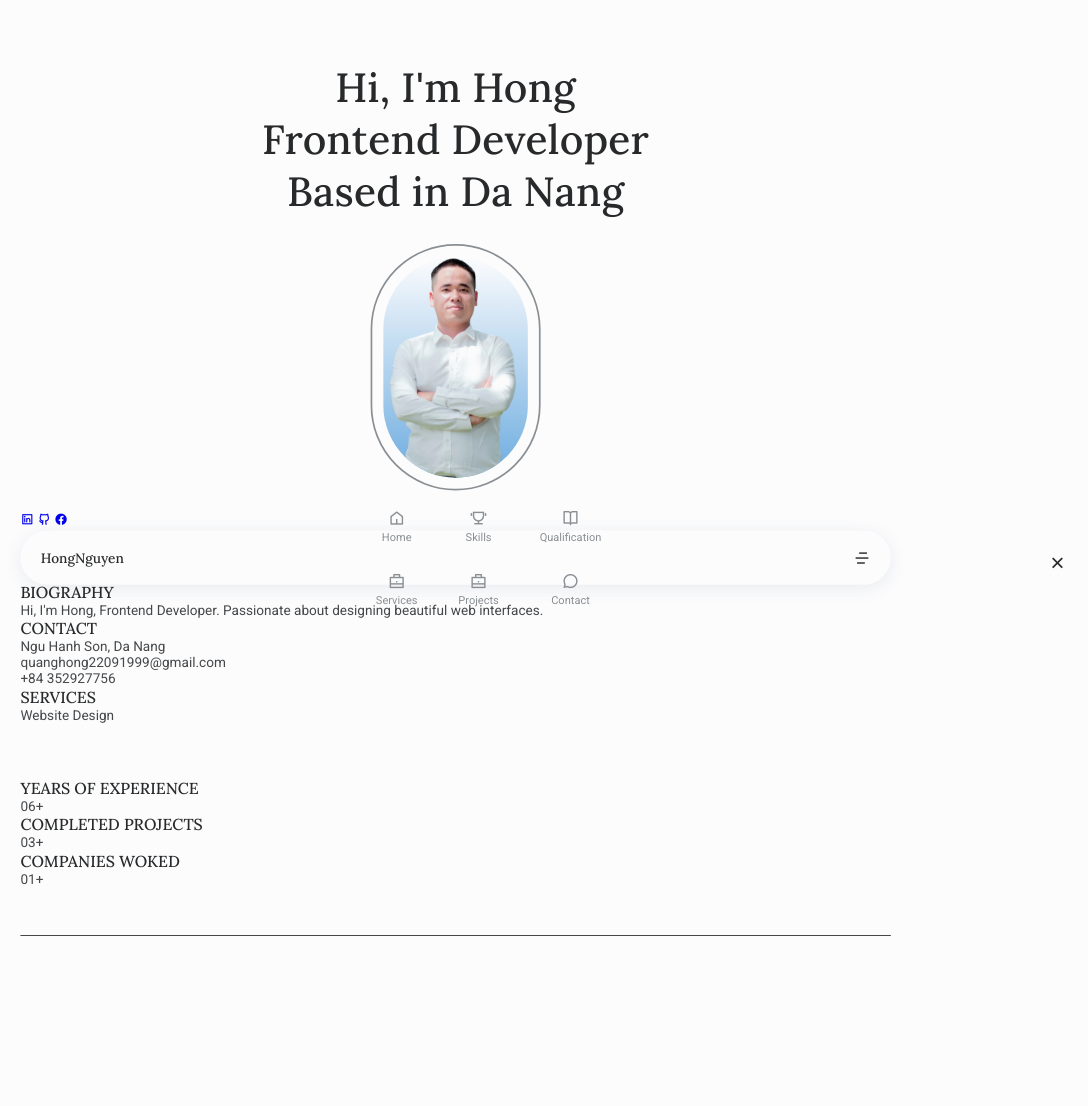
Repository: hnguyeng/myportfoliohongnguyen
Page: index.html
An editor plug-in stored every save of this project. The page is shown before and after the next save, followed by the edit.
The browser window is 1280 px wide. The pictures show the whole page, at 85% of full size.
Some web libraries are served in a nearby version.

Above is the page before, as saved 2023-07-17 13:58:22.

After the next save:
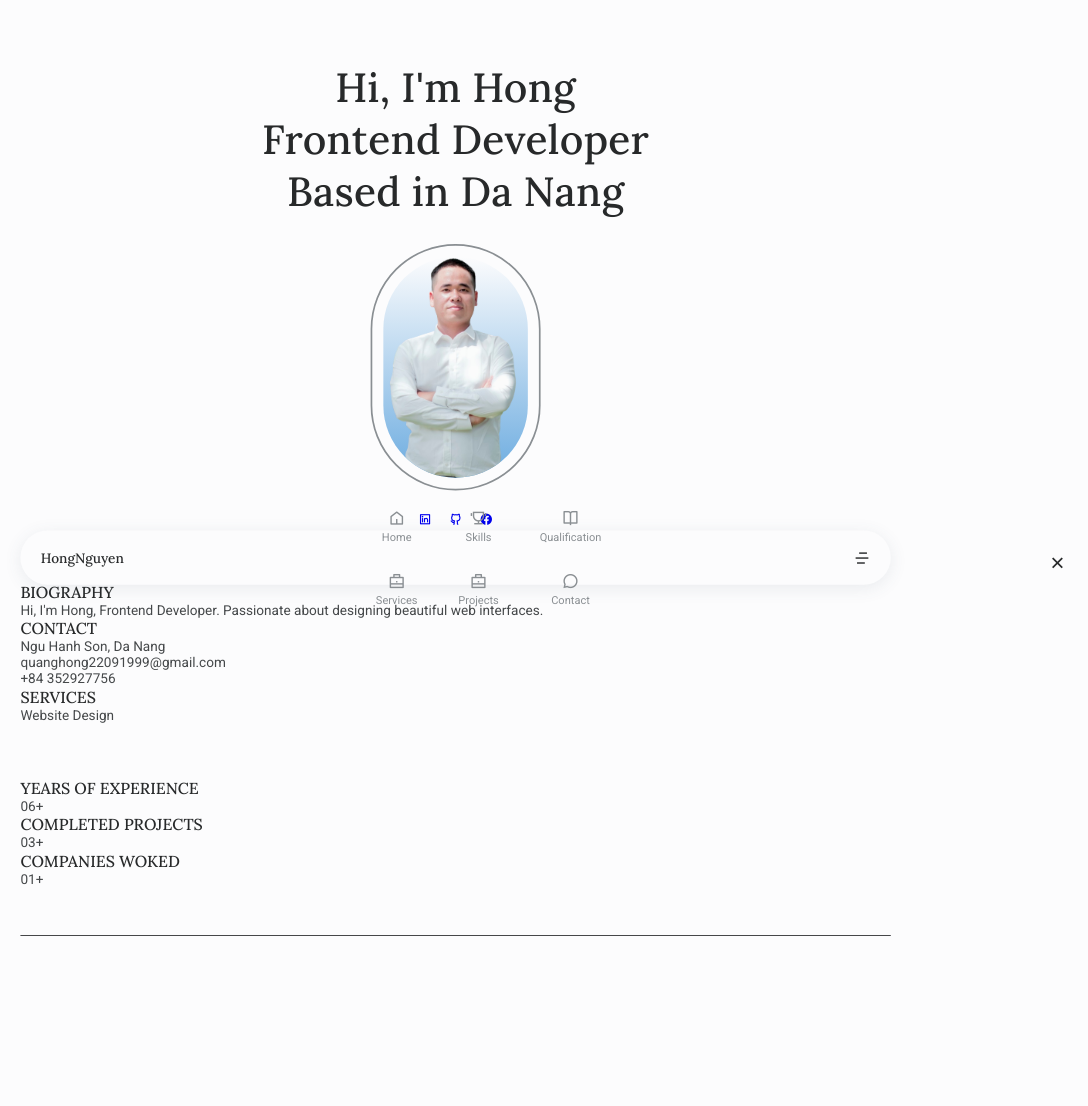
Saved 7 min 13 s later.
--- a/assets/css/style.css
+++ b/assets/css/style.css
@@ -227,3 +227,25 @@
     height: 260px;
     object-fit: cover;
 }
+.home__shape-wawes,
+.home__shape-circle{
+    position: absolute;
+    opacity: .1;
+}
+.home__shape-wawes{
+    width: 50px;
+    left: -1.5rem;
+    top: 5rem;
+}
+.home__shape-circle{
+    width: 150px;
+    bottom: -2rem;
+    right: -3rem;
+    transform: rotate(15deg);
+    z-index: -1;
+}
+.home__social{
+    justify-self: center;
+    display: flex;
+    column-gap: 1.25rem;
+}
